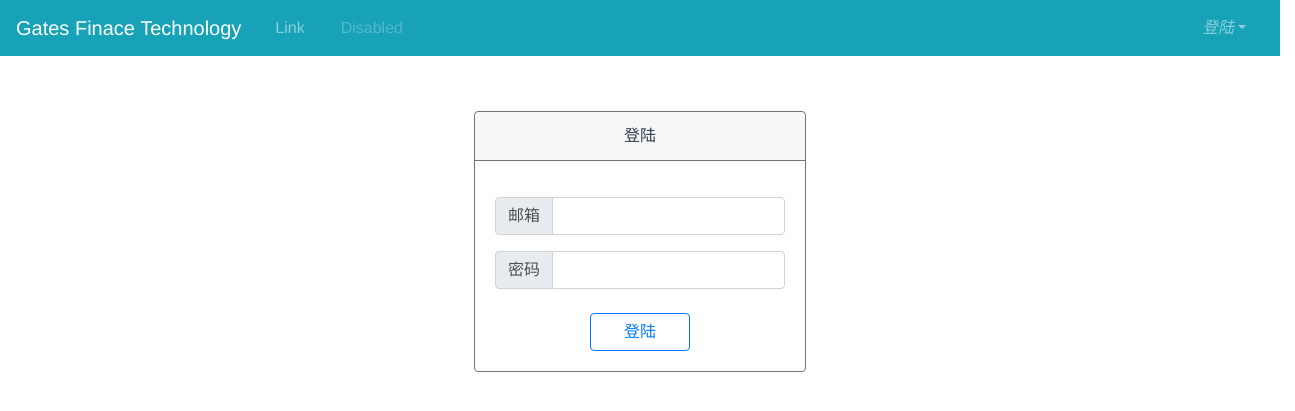
Repository: sqsssq/GatesFinace
Page: /login (app in webview/)
These files come from the project's save history. The page is drawn as it stood at one moment and after the next save; the edit follows.
The browser window is 1280 px wide. The page is 1295 px wide, then 1280 px, then 1295 px, so the pictures cover 1295 px, including what lies to the right of the window. The pictures show the whole page.
The project was rebuilt for these pictures with package versions that can differ from the ones it lists, and the page was loaded fresh each time.

Above is the page before, as saved 2020-11-03 17:27:23.

### webview/public/index.html
<!DOCTYPE html>
<html lang="en">
  <head>
    <meta charset="utf-8">
    <meta http-equiv="X-UA-Compatible" content="IE=edge">
    <meta name="viewport" content="width=device-width,initial-scale=1.0">
    <link rel="icon" href="<%= BASE_URL %>favicon.ico">
    <title><%= htmlWebpackPlugin.options.title %></title>
    <style>
      html, body{ margin:0; height:100%; }
    </style>
  </head>
  <body>
    <noscript>
      <strong>We're sorry but <%= htmlWebpackPlugin.options.title %> doesn't work properly without JavaScript enabled. Please enable it to continue.</strong>
    </noscript>
    <div id="app"></div>
    <!-- built files will be auto injected -->
  </body>
</html>

### webview/src/main.js
import Vue from 'vue'
import App from './App.vue'
import router from './router'
import store from './store'
import ElementUI from 'element-ui'
import 'element-ui/lib/theme-chalk/index.css'
import 'element-ui/lib/theme-chalk/base.css'
import { BootstrapVue, IconsPlugin } from 'bootstrap-vue'
import 'bootstrap/dist/css/bootstrap.css'
import 'bootstrap-vue/dist/bootstrap-vue.css'
import urlPath from './components/Global'

Vue.config.productionTip = false
Vue.use(ElementUI);
Vue.use(BootstrapVue);
Vue.use(IconsPlugin);
Vue.prototype.utlPath = urlPath.urlPath;

new Vue({
  router,
  store,
  render: h => h(App)
}).$mount('#app')

### webview/src/App.vue
<template>
  <div id="app">
    <!-- <div id="nav">
      <router-link to="/">Home</router-link> |
      <router-link to="/about">About</router-link>
    </div> -->
    <router-view/>
  </div>
</template>

<style lang="stylus">
#app
  font-family Avenir, Helvetica, Arial, sans-serif
  -webkit-font-smoothing antialiased
  -moz-osx-font-smoothing grayscale
  text-align center
  color #2c3e50
  margin-top 0px
  height 100%
</style>

### webview/src/router/index.js
import Vue from 'vue'
import VueRouter from 'vue-router'
import Home from '../views/Home.vue'
import Main from '../views/main.vue'
import Login from '../views/login.vue'

Vue.use(VueRouter)

const routes = [
  {
    path: '/',
    name: 'Home',
    component: Home
  },
  {
    path: '/about',
    name: 'About',
    // route level code-splitting
    // this generates a separate chunk (about.[hash].js) for this route
    // which is lazy-loaded when the route is visited.
    component: () => import(/* webpackChunkName: "about" */ '../views/About.vue')
  },
  {
    path: '/main',
    name: 'Main',
    component: Main
  },
  {
    path: '/login',
    name: 'Login',
    component: Login
  }
]

const router = new VueRouter({
  mode: 'history',
  base: process.env.BASE_URL,
  routes
})

export default router

### webview/src/views/login.vue
<!--
 * @Author: your name
 * @Date: 2020-11-01 17:40:45
 * @LastEditTime: 2020-11-03 08:31:04
 * @LastEditors: Please set LastEditors
 * @Description: In User Settings Edit
 * @FilePath: \webview\src\views\main.vue
-->
<template>
  <div class="container-fiuled" style="height: 100%;">
    <!-- <img alt="Vue logo" src="../assets/logo.png"> -->
    <!-- <HelloWorld msg="Welcome to Your Vue.js App" style="height:100%"/> -->
    <gatesNavbar />
    <div class="row" style="margin-top: 5px;">
      <div class="col"  style="padding-left: 0px; padding-right: 0px;">
      </div>
      <gatesLogin style="margin-top: 50px;"/>
      <div class="col"  style="padding-left: 0px; padding-right: 0px;">
      </div>
    </div>
  </div>
</template>

<script>
// @ is an alias to /src
import HelloWorld from '@/components/HelloWorld.vue'
import gatesNavbar from '@/components/gatesNavbar.vue'
import gatesLogin from '@/components/gatesLogin.vue'

export default {
  name: 'Home',
  components: {
    gatesNavbar,
    gatesLogin
  }
}
</script>

### webview/src/components/gatesNavbar.vue
<!--
 * @Author: your name
 * @Date: 2020-10-31 09:19:12
 * @LastEditTime: 2020-11-03 08:32:14
 * @LastEditors: Please set LastEditors
 * @Description: In User Settings Edit
 * @FilePath: \webview\src\components\HelloWorld.vue
-->
<template>
  <div>
    <b-navbar
      toggleable="lg"
      type="dark"
      variant="info"
    >
      <b-navbar-brand href="/main">Gates Finace Technology</b-navbar-brand>

      <b-navbar-toggle target="nav-collapse"></b-navbar-toggle>

      <b-collapse
        id="nav-collapse"
        is-nav
      >
        <b-navbar-nav>
          <b-nav-item href="#">Link</b-nav-item>
          <b-nav-item
            href="#"
            disabled
          >Disabled</b-nav-item>
        </b-navbar-nav>

        <!-- Right aligned nav items -->
        <b-navbar-nav class="ml-auto">
          <!-- <b-nav-form style="padding-top: 2px">
            <b-form-input
              size="sm"
              class="mr-sm-2"
              placeholder="Search"
            ></b-form-input>
            <b-button
              size="sm"
              class="my-2 my-sm-0"
              type="submit"
            >Search</b-button>
          </b-nav-form> -->

          <!-- <b-nav-item-dropdown text="Lang" right>
          <b-dropdown-item href="#">EN</b-dropdown-item>
          <b-dropdown-item href="#">ES</b-dropdown-item>
          <b-dropdown-item href="#">RU</b-dropdown-item>
          <b-dropdown-item href="#">FA</b-dropdown-item>
        </b-nav-item-dropdown> -->

          <b-nav-item-dropdown right>
            <!-- Using 'button-content' slot -->
            <template #button-content>
              <em>{{username == '' ? '登陆' : username}}</em>
            </template>
            <b-dropdown-item href="/login">登陆</b-dropdown-item>
            <b-dropdown-item href="#">注册</b-dropdown-item>
            <b-dropdown-item href="#">登出</b-dropdown-item>
          </b-nav-item-dropdown>
        </b-navbar-nav>
      </b-collapse>
    </b-navbar>
  </div>
</template>

<script>
import axios from 'axios';
export default {
  name: 'gatesNavbar',
  // props: {
  //   msg: String
  // }
  data () {
    return {
      username: ''
    }
  },
  methods: {
  },
  created () {
    // console.log(2);
    // this.getmsg();
  },
  mounted () {

    // this.createLogo();
  }
}
</script>

<!-- Add "scoped" attribute to limit CSS to this component only -->
<style scoped lang="stylus">
h3 {
  letter-spacing: 3px;
  color: #fff;
  font-weight: 500;
  margin-bottom: 10px;
  margin-top: 10px;
  font-size: 15px;
}

h2 {
  margin-top: 10px;
  color: #fff;
  letter-spacing: 10px;
  // font-size: 40px
  font-size: 20px;
}

ul {
  list-style-type: none;
  padding: 0;
}

li {
  display: inline-block;
  margin: 0 10px;
}

a {
  color: #42b983;
}
</style>

### webview/src/components/gatesLogin.vue
<!--
 * @Author: your name
 * @Date: 2020-10-31 09:19:12
 * @LastEditTime: 2020-11-03 08:32:14
 * @LastEditors: Please set LastEditors
 * @Description: In User Settings Edit
 * @FilePath: \webview\src\components\HelloWorld.vue
-->
<template>
  <div>
    <b-card
      border-variant="secondary"
      header="登陆"
      header-border-variant="secondary"
      align="center"
    >
      <!-- <b-card-text>Lorem ipsum dolor sit amet, consectetur adipiscing elit.</b-card-text> -->
      <b-input-group
        prepend="邮箱"
        class="mt-3"
      >
        <b-form-input v-model="loginData.username"></b-form-input>
      </b-input-group>
      <b-input-group
        prepend="密码"
        class="mt-3"
      >
        <b-form-input v-model="loginData.password" type="password"></b-form-input>
      </b-input-group>
      <br>
      <b-button
        @click="login()"
        variant="outline-primary"
        style="width: 100px;"
      >登陆</b-button>
    </b-card>

  </div>
</template>

<script>
import axios from 'axios';
export default {
  name: 'gatesLogin',
  // props: {
  //   msg: String
  // }
  data () {
    return {
      loginData: {
        username: '',
        password: ''
      }
    }
  },
  methods: {
    login () {
      console.log(this.loginData.username);
      console.log(this.loginData.password);
      let _this = this;
      if (_this.loginData.username == '' || _this.loginData.password == '') {
        alert('账号或密码不能为空');
      }
    }
  },
  created () {
    // console.log(2);
    // this.getmsg();
  },
  mounted () {

    // this.createLogo();
  }
}
</script>

<!-- Add "scoped" attribute to limit CSS to this component only -->
<style scoped lang="stylus"></style>

### webview/src/components/Global.vue
<script>
const urlPath = 'http://localhost:5000';
export default {
    urlPath
}
</script>

### webview/src/views/Home.vue
<template>
  <div class="home" style="height: 100%">
    <!-- <img alt="Vue logo" src="../assets/logo.png"> -->
    <HelloWorld msg="Welcome to Your Vue.js App" style="height:100%"/>
  </div>
</template>

<script>
// @ is an alias to /src
import HelloWorld from '@/components/HelloWorld.vue'

export default {
  name: 'Home',
  components: {
    HelloWorld
  }
}
</script>

### webview/src/views/main.vue
<!--
 * @Author: your name
 * @Date: 2020-11-01 17:40:45
 * @LastEditTime: 2020-11-03 08:31:04
 * @LastEditors: Please set LastEditors
 * @Description: In User Settings Edit
 * @FilePath: \webview\src\views\main.vue
-->
<template>
  <div class="container-fiuled" style="height: 100%;">
    <!-- <img alt="Vue logo" src="../assets/logo.png"> -->
    <!-- <HelloWorld msg="Welcome to Your Vue.js App" style="height:100%"/> -->
    <gatesNavbar />
    <div class="row" style="margin-top: 5px;">
      <div class="col"  style="padding-left: 0px; padding-right: 0px;">
      </div>
      <gatesCarousel />
      <div class="col" style="padding-left: 0px; padding-right: 0px;"></div>
    </div>
  </div>
</template>

<script>
// @ is an alias to /src
import HelloWorld from '@/components/HelloWorld.vue'
import gatesNavbar from '@/components/gatesNavbar.vue'
import gatesCarousel from '@/components/gatesCarousel.vue'

export default {
  name: 'Home',
  components: {
    gatesNavbar,
    gatesCarousel
  }
}
</script>

### webview/src/components/HelloWorld.vue
<!--
 * @Author: your name
 * @Date: 2020-10-31 09:19:12
 * @LastEditTime: 2020-11-01 13:32:55
 * @LastEditors: Please set LastEditors
 * @Description: In User Settings Edit
 * @FilePath: \webview\src\components\HelloWorld.vue
-->
<template>
<div>
  <div class="hello"  style="background-color: #8B008B; height: 100%;">
    <br>
    <br>
    <canvas
      id="myCanvas"
      width="200"
      height="200"
      style="border:0px solid #c3c3c3;"
    >
      Your browser does not support the canvas element.
    </canvas>
    <h2>{{ msg }}</h2>
    <!-- <br> -->
    <hr style="width:500px;" color="#fff">
    <h3>
      FINANCE INVESTMENT WITH AI
    </h3>
    <hr style="width:500px" color="#fff" >
    <br>
    <br>
    <!-- <a href="#" style="text-decoration:none;"><h3>Start</h3></a> -->
    <router-link to="/main" style="text-decoration:none;"><h3>start</h3></router-link>
  </div>
  </div>
</template>

<script>
import axios from 'axios';
import global from './Global.vue'
export default {
  // name: 'HelloWorld',
  // props: {
  //   msg: String
  // }
  data () {
    return {
      msg: ''
    }
  },
  methods: {
    getmsg () {
      // console.log(1);
      const path = global.urlPath;
      console.log(global.urlPath)
      axios.get(path)
        .then(res => {
          console.log(res.data);
          this.msg = res.data;
        })
        .catch(error => {
          console.log(error);
        })
      // console.log(this.msg)
    },
    createLogo () {
      var c = document.getElementById("myCanvas");
      var ctx = c.getContext("2d");
      ctx.beginPath();
      ctx.strokeStyle = "#fff";
      ctx.lineWidth = "3";
      ctx.moveTo(100, 20);
      ctx.lineTo(0, 100);
      ctx.lineTo(200, 100);
      ctx.lineTo(100, 180);
      ctx.lineTo(100, 20);
      ctx.stroke();

    }
  },
  created () {
    // console.log(2);
    this.getmsg();
  },
  mounted () {

    this.createLogo();
  }
}
</script>

<!-- Add "scoped" attribute to limit CSS to this component only -->
<style scoped lang="stylus">
h3 {
  letter-spacing: 3px;
  color: #fff;
  font-weight: 500;
  margin-bottom: 10px;
  margin-top: 10px;
  font-size: 15px;
}

h2 {
  margin-top: 10px;
  color: #fff;
  letter-spacing: 10px;
  // font-size: 40px
  font-size: 20px;
}

ul {
  list-style-type: none;
  padding: 0;
}

li {
  display: inline-block;
  margin: 0 10px;
}

a {
  color: #42b983;
}
.hello {
  width: 100%;
  height: 100%;
}
</style>

### webview/src/components/gatesCarousel.vue
<!--
 * @Author: your name
 * @Date: 2020-10-31 09:19:12
 * @LastEditTime: 2020-11-03 08:32:14
 * @LastEditors: Please set LastEditors
 * @Description: In User Settings Edit
 * @FilePath: \webview\src\components\HelloWorld.vue
-->
<template>
  <div class="col-7" style="padding-left: 0px; padding-right: 0px;">
    <b-carousel
      id="carousel-1"
      v-model="slide"
      :interval="4000"
      controls
      indicators
      background="#ababab"
      img-width="1024"
      img-height="480"
      style="text-shadow: 1px 1px 2px #333;"
      @sliding-start="onSlideStart"
      @sliding-end="onSlideEnd"
    >
      <!-- Text slides with image -->
      <b-carousel-slide
        caption="GATES FINACE"
        img-src="https://picsum.photos/1024/480/?image=52"
      ></b-carousel-slide>

      <!-- Slides with custom text -->
      <b-carousel-slide img-src="https://picsum.photos/1024/480/?image=54">
        <h1>Hello world!</h1>
      </b-carousel-slide>

      <!-- Slides with image only -->
      <b-carousel-slide img-src="https://picsum.photos/1024/480/?image=58"></b-carousel-slide>

      <!-- Slides with img slot -->
      <!-- Note the classes .d-block and .img-fluid to prevent browser default image alignment -->
      <b-carousel-slide>
        <template #img>
          <img
            class="d-block img-fluid w-100"
            width="1024"
            height="480"
            src="https://picsum.photos/1024/480/?image=55"
            alt="image slot"
          >
        </template>
      </b-carousel-slide>

      <!-- Slide with blank fluid image to maintain slide aspect ratio -->
      <!-- <b-carousel-slide caption="Blank Image" img-blank img-alt="Blank image">
        <p>
          Lorem ipsum dolor sit amet, consectetur adipiscing elit. Suspendisse eros felis, tincidunt
          a tincidunt eget, convallis vel est. Ut pellentesque ut lacus vel interdum.
        </p>
      </b-carousel-slide> -->
    </b-carousel>
  </div>
</template>

<script>
import axios from 'axios';
export default {
  name: 'gatesCarousel',
  // props: {
  //   msg: String
  // }
  data () {
    return {
      slide: 0,
      sliding: null
    }
  },
  methods: {
    onSlideStart (slide) {
      this.sliding = true
    },
    onSlideEnd (slide) {
      this.sliding = false
    }
  },
  created () {
    // console.log(2);
    // this.getmsg();
  },
  mounted () {

    // this.createLogo();
  }
}
</script>

<!-- Add "scoped" attribute to limit CSS to this component only -->
<style scoped lang="stylus">
h3 {
  letter-spacing: 3px;
  color: #fff;
  font-weight: 500;
  margin-bottom: 10px;
  margin-top: 10px;
  font-size: 15px;
}

h2 {
  margin-top: 10px;
  color: #fff;
  letter-spacing: 10px;
  // font-size: 40px
  font-size: 20px;
}

ul {
  list-style-type: none;
  padding: 0;
}

li {
  display: inline-block;
  margin: 0 10px;
}

a {
  color: #42b983;
}
</style>

Loaded but not shown: webview/src/store/index.js (common file)

After the next save:
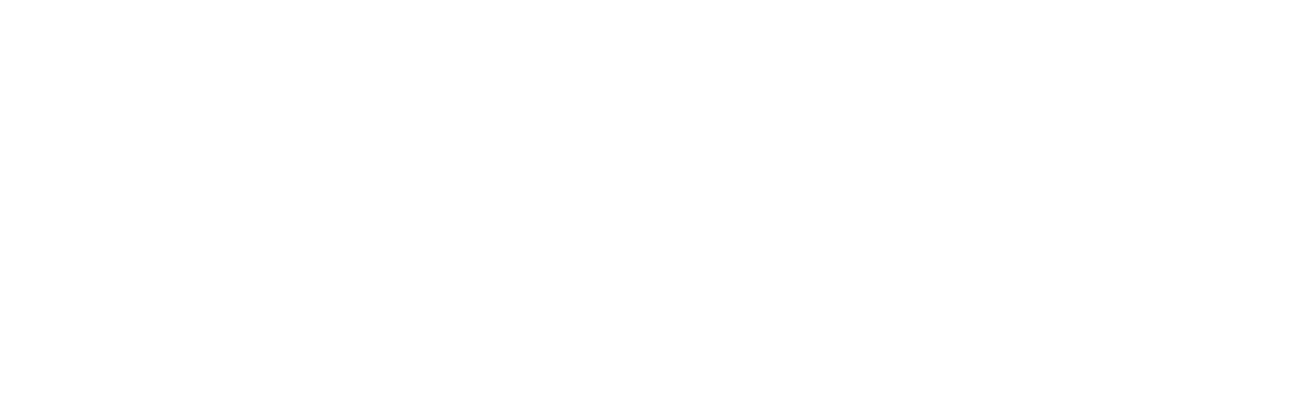
Console error: ReferenceError: mapMutations is not defined
Saved 13 min 9 s later.
--- a/webview/src/components/gatesLogin.vue
+++ b/webview/src/components/gatesLogin.vue
@@ -40,6 +40,7 @@
 
 <script>
 import axios from 'axios';
+import global from './Global.vue'
 export default {
   name: 'gatesLogin',
   // props: {
@@ -54,12 +55,18 @@
     }
   },
   methods: {
+    ...mapMutations(['changeLogin']),
     login () {
-      console.log(this.loginData.username);
-      console.log(this.loginData.password);
+      // console.log(this.loginData.username);
+      // console.log(this.loginData.password);
       let _this = this;
       if (_this.loginData.username == '' || _this.loginData.password == '') {
         alert('账号或密码不能为空');
+      } else {
+        axios.post(global.urlPath, this.loginData)
+        .then((res) => {
+          console.log(res);
+        })
       }
     }
   },

After the 2 saves that followed:
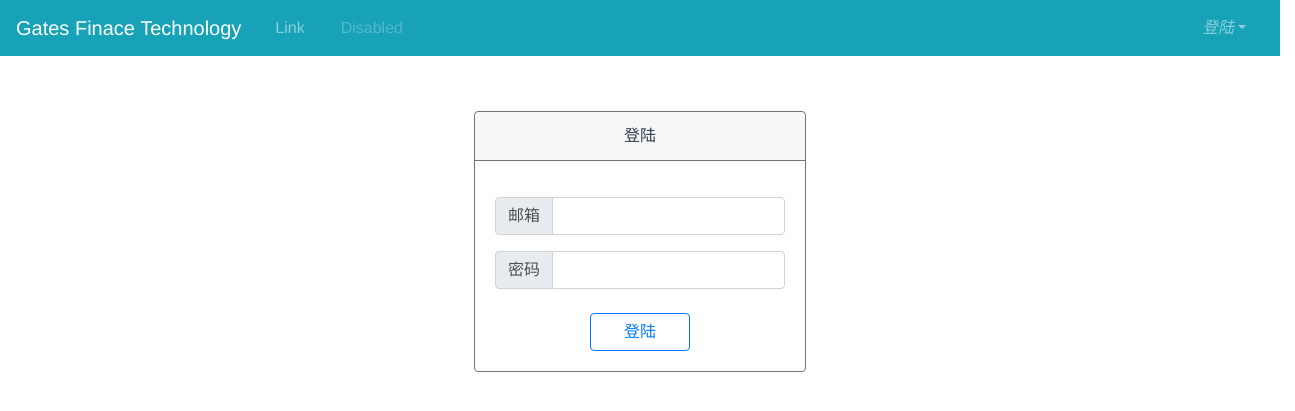
The error is gone.
The 2 saves are shown as one change because 1 left the picture as it was.
The last was saved 7 min 52 s later.
--- a/webview/src/components/gatesLogin.vue
+++ b/webview/src/components/gatesLogin.vue
@@ -55,7 +55,6 @@
     }
   },
   methods: {
-    ...mapMutations(['changeLogin']),
     login () {
       // console.log(this.loginData.username);
       // console.log(this.loginData.password);
@@ -63,7 +62,8 @@
       if (_this.loginData.username == '' || _this.loginData.password == '') {
         alert('账号或密码不能为空');
       } else {
-        axios.post(global.urlPath, this.loginData)
+        const path = global.urlPath + '/login'
+        axios.post(path, this.loginData)
         .then((res) => {
           console.log(res);
         })
